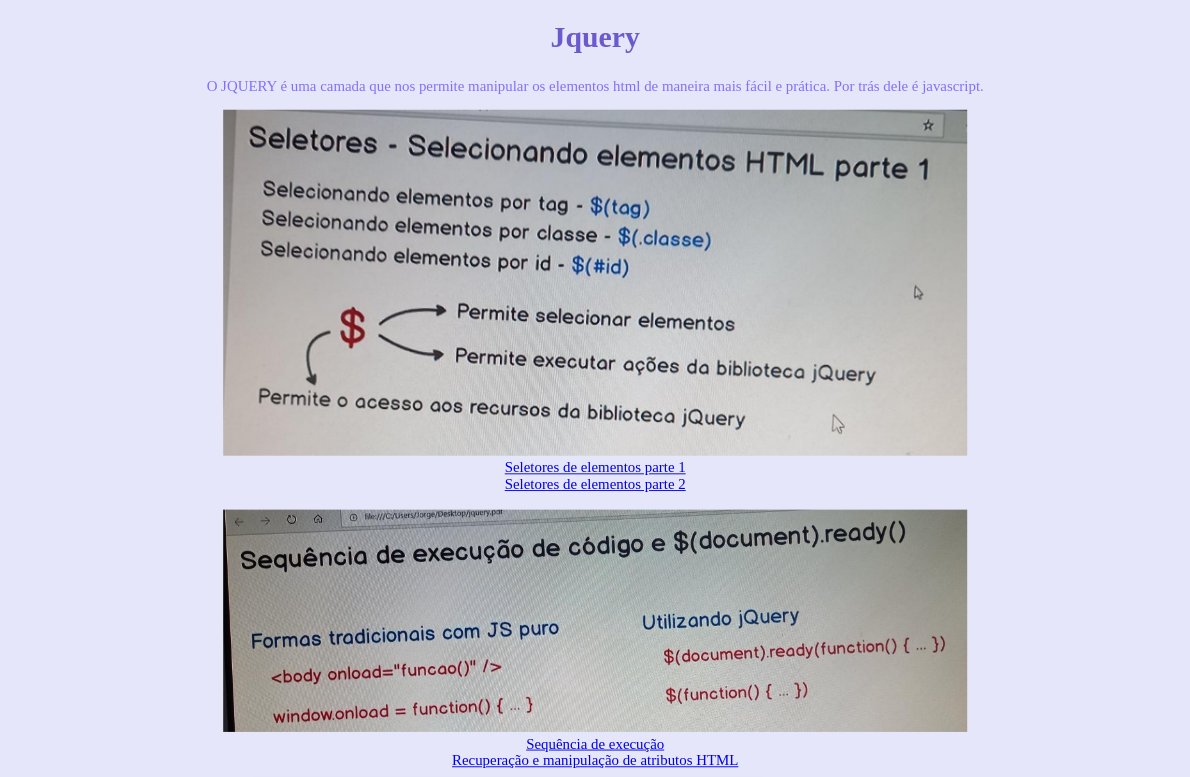
Repository: 2001mariana/jquery
Page: index.html
An editor plug-in stored every save of this project. The page is shown before and after the next save, followed by the edit.
The browser window is 1280 px wide. The pictures show the whole page, at 93% of full size.

Above is the page before, as saved 2022-07-27 10:36:42.

### index.html
<!DOCTYPE html>
<html>
<head>
    <meta charset='utf-8'>
    <meta http-equiv='X-UA-Compatible' content='IE=edge'>
    <title>Jquery</title>
    <meta name='viewport' content='width=device-width, initial-scale=1'>
    <!-- <link rel='stylesheet' type='text/css' media='screen' href='main.css'>
    <script src='main.js'></script> -->
    <script src="jquery-3.6.0.min.js"></script>
</head>
<body style="background-color: 	#E6E6FA;">
    <h1>Jquery</h1>
    <p>O JQUERY é uma camada que nos permite manipular os elementos html de maneira mais fácil e prática. Por trás dele é javascript.</p>

    <div>
        <img src="img/selec-elements-img.PNG" class="diversos2" id="imagem" />
    </div>
       <div ><a href="select-elements-part1.html">Seletores de elementos parte 1</a></div>
       <div><a href="select-elements-part2.html">Seletores de elementos parte 2</a></div>
    <br />
    <div>
        <img src="img/sequency-exec.PNG" id="imagem" />
    </div>
    <div><a href="execution-sequence.html">Sequência de execução</a></div>

    <div><a href="html-manipulation.html">Recuperação e manipulação de atributos HTML</a></div>
</body>
<script>
    $("h1").css("color", "#6A5ACD")
    $("h1").css("margin-bottom", "26px")
    $("h1").css("text-align", "center")
    $("body").css("text-align", "center")
   $("p").css("color", "#836FFF")
   $("img").css("width", "800px")
</script>
</html>

Loaded but not shown: jquery-3.6.0.min.js (library)

After the next save:
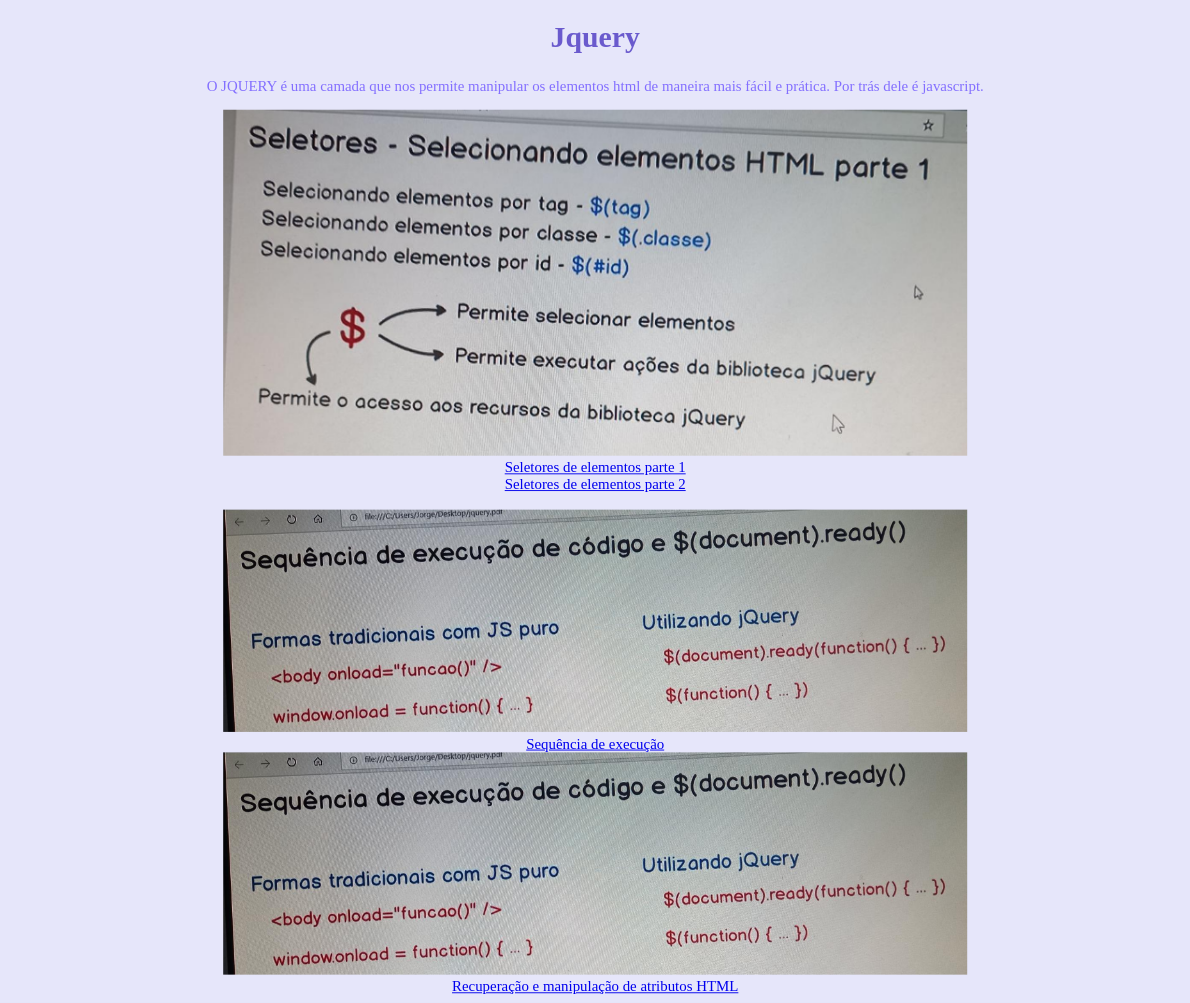
Saved 7 s later.
--- a/index.html
+++ b/index.html
@@ -23,7 +23,9 @@
         <img src="img/sequency-exec.PNG" id="imagem" />
     </div>
     <div><a href="execution-sequence.html">Sequência de execução</a></div>
-
+    <div>
+        <img src="img/sequency-exec.PNG" id="imagem" />
+    </div>
     <div><a href="html-manipulation.html">Recuperação e manipulação de atributos HTML</a></div>
 </body>
 <script>
